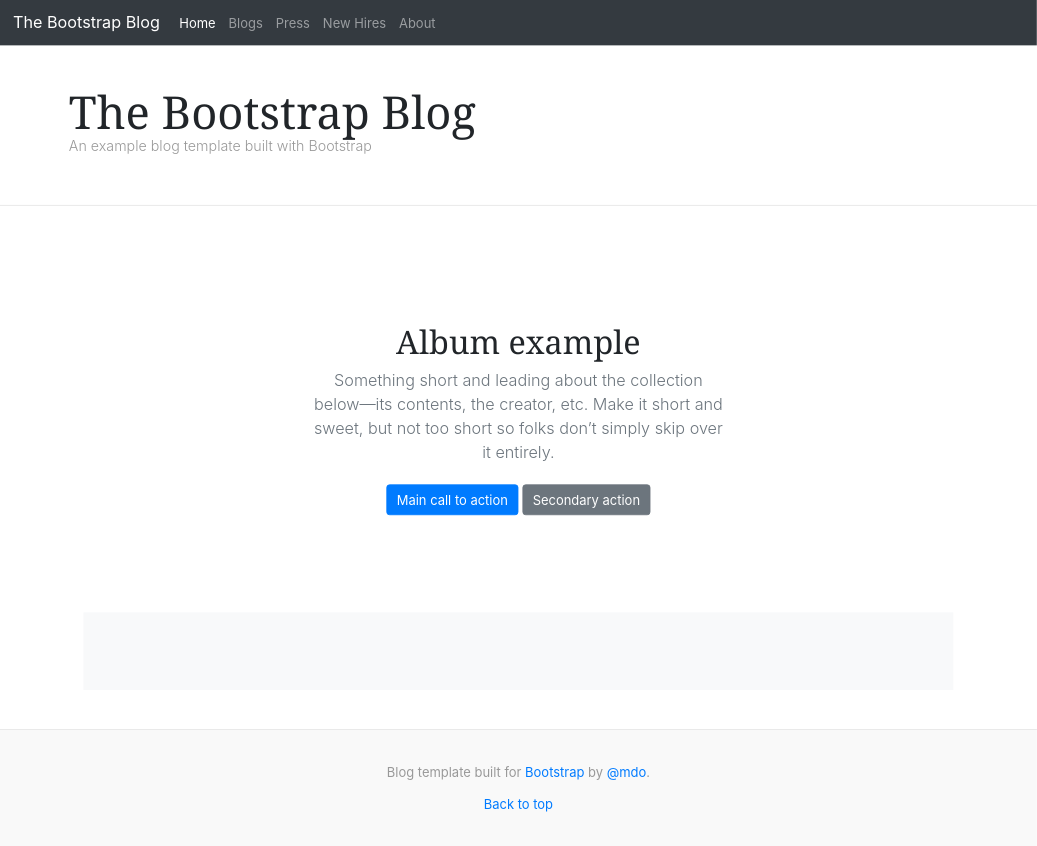
Repository: AshokSasi/CopyNPasta-Recycle-App
Page: http://localhost/
The author's editor kept a copy of each file at every save. The page is drawn from the files as they stood at one save, then again after the next save.
The browser window is 1280 px wide. The pictures show the whole page, at 81% of full size.
The page is served by the project's Laravel application, run on PHP 8.4 with Laravel 8. Queries for data that is not in the repository find no rows.

Above is the page before, as saved 2021-09-25 12:30:30.

After the next save:
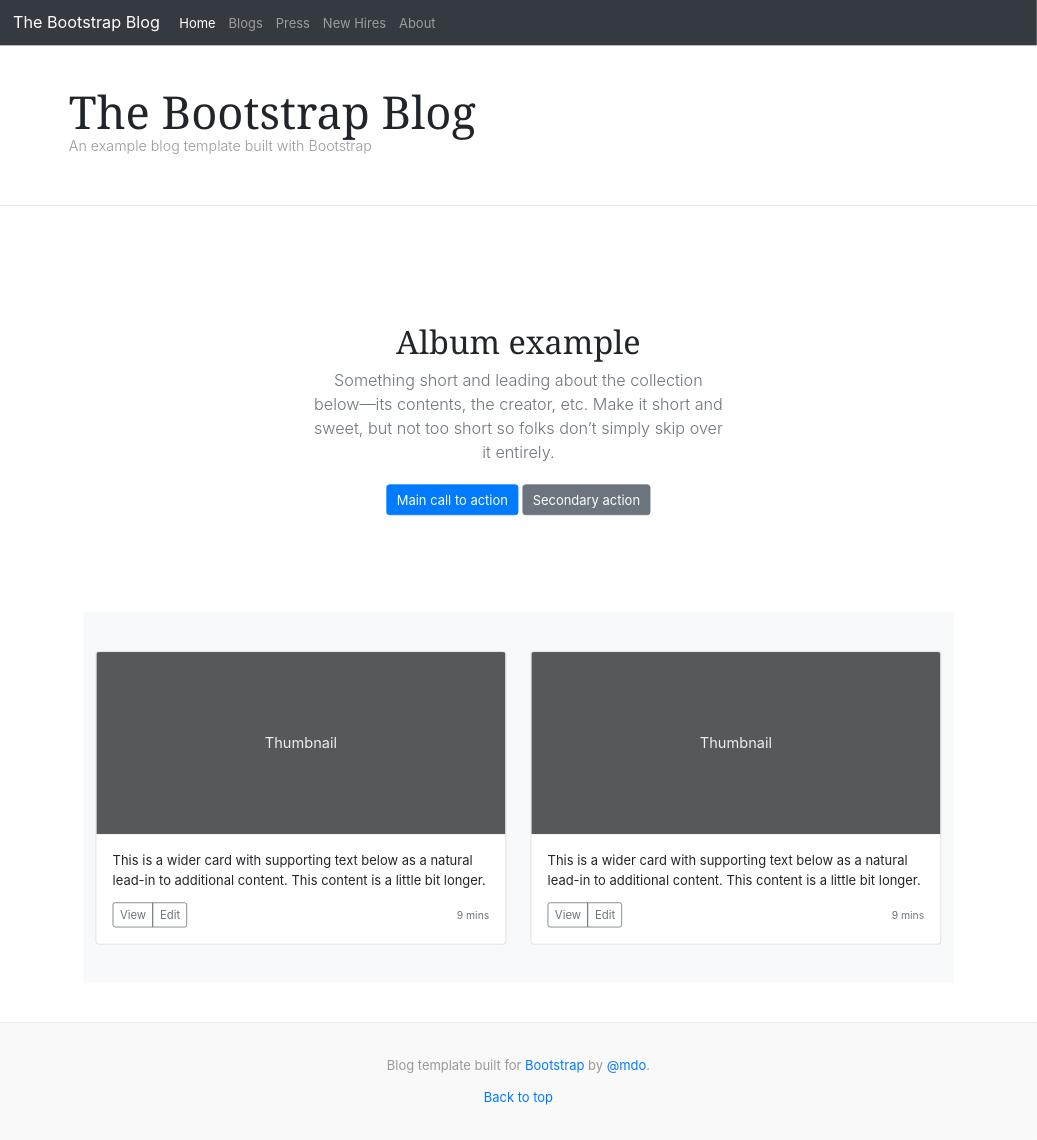
Saved 2 min 11 s later.
--- a/resources/views/home/index.blade.php
+++ b/resources/views/home/index.blade.php
@@ -51,10 +51,42 @@
             </div>
           </div>
         </div>
-        <br/>
+
           @endforeach
 
 
+          <div class="col">
+            <div class="card shadow-sm">
+              <svg class="bd-placeholder-img card-img-top" width="100%" height="225" xmlns="http://www.w3.org/2000/svg" role="img" aria-label="Placeholder: Thumbnail" preserveAspectRatio="xMidYMid slice" focusable="false"><title>Placeholder</title><rect width="100%" height="100%" fill="#55595c"/><text x="50%" y="50%" fill="#eceeef" dy=".3em">Thumbnail</text></svg>
+
+              <div class="card-body">
+                <p class="card-text">This is a wider card with supporting text below as a natural lead-in to additional content. This content is a little bit longer.</p>
+                <div class="d-flex justify-content-between align-items-center">
+                  <div class="btn-group">
+                    <button type="button" class="btn btn-sm btn-outline-secondary">View</button>
+                    <button type="button" class="btn btn-sm btn-outline-secondary">Edit</button>
+                  </div>
+                  <small class="text-muted">9 mins</small>
+                </div>
+              </div>
+            </div>
+          </div>
+          <div class="col">
+            <div class="card shadow-sm">
+              <svg class="bd-placeholder-img card-img-top" width="100%" height="225" xmlns="http://www.w3.org/2000/svg" role="img" aria-label="Placeholder: Thumbnail" preserveAspectRatio="xMidYMid slice" focusable="false"><title>Placeholder</title><rect width="100%" height="100%" fill="#55595c"/><text x="50%" y="50%" fill="#eceeef" dy=".3em">Thumbnail</text></svg>
+
+              <div class="card-body">
+                <p class="card-text">This is a wider card with supporting text below as a natural lead-in to additional content. This content is a little bit longer.</p>
+                <div class="d-flex justify-content-between align-items-center">
+                  <div class="btn-group">
+                    <button type="button" class="btn btn-sm btn-outline-secondary">View</button>
+                    <button type="button" class="btn btn-sm btn-outline-secondary">Edit</button>
+                  </div>
+                  <small class="text-muted">9 mins</small>
+                </div>
+              </div>
+            </div>
+          </div>
       </div>
     </div>
   </div>
